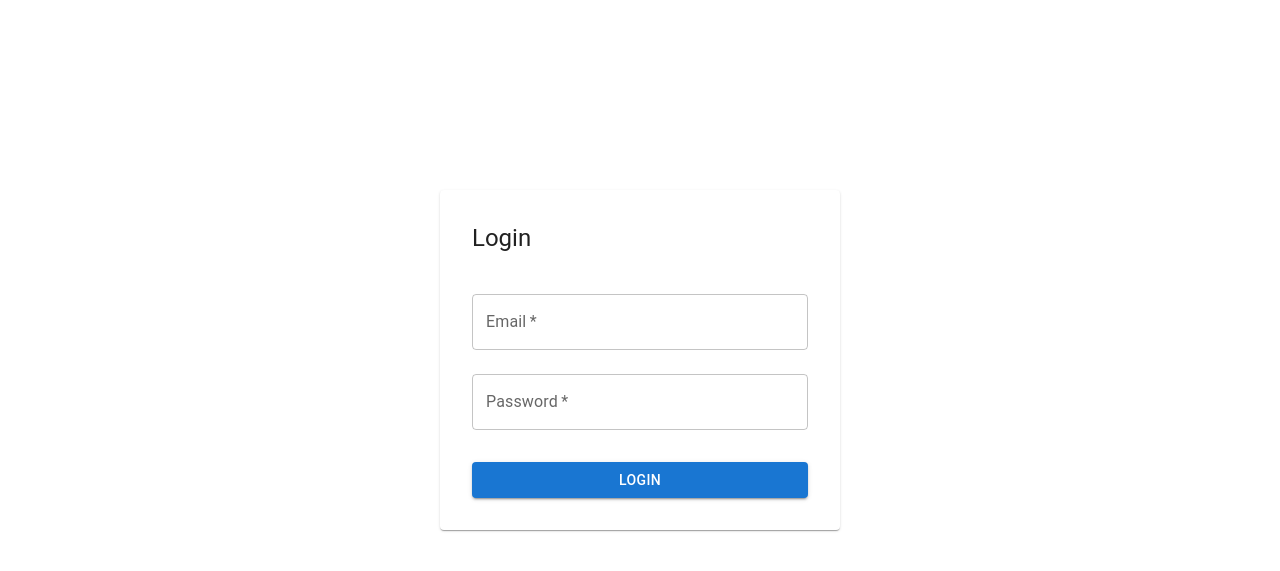
Repository: hajarsalhi/book-store
Page: /login
These files come from the project's save history. The page is drawn as it stood at one moment and after the next save; the edit follows.
The browser window is 1280 px wide. The pictures show the whole page.
The project was rebuilt for these pictures with package versions that can differ from the ones it lists, and the page was loaded fresh each time. Also part of the build but not shown: src/components/Layout/Navbar.js, src/components/Layout/Layout.js, src/components/Store/StorePage.js, src/components/Store/StockManagement.js.

Above is the page before, as saved 2024-12-13 11:52:59.

After the next save:
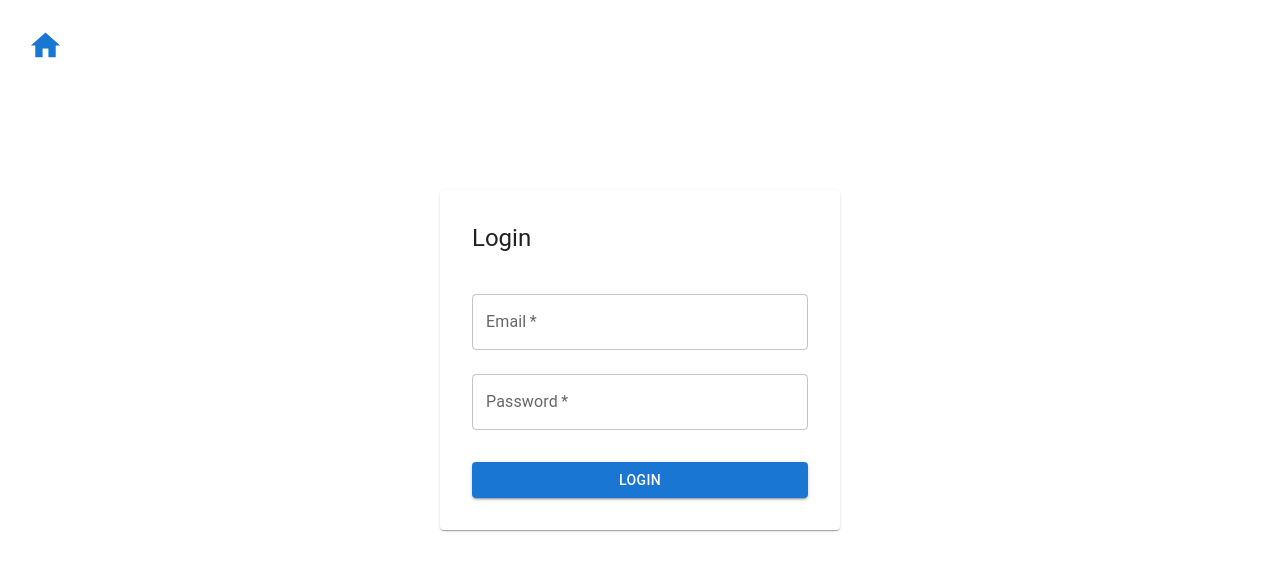
Saved 4 min 3 s later.
--- a/src/components/Auth/Login.js
+++ b/src/components/Auth/Login.js
@@ -1,5 +1,6 @@
-import { Box, Paper, TextField, Button, Typography } from '@mui/material';
+import { Box, Paper, TextField, Button, Typography, IconButton } from '@mui/material';
 import { useNavigate } from 'react-router-dom';
+import HomeIcon from '@mui/icons-material/Home';
 
 function Login() {
   const navigate = useNavigate();
@@ -16,9 +17,23 @@ function Login() {
         height: '100vh',
         display: 'flex',
         alignItems: 'center',
-        justifyContent: 'center'
+        justifyContent: 'center',
+        position: 'relative'
       }}
     >
+      {/* Home Icon Button */}
+      <IconButton
+        onClick={() => navigate('/')}
+        sx={{
+          position: 'absolute',
+          top: 20,
+          left: 20,
+          color: 'primary.main'
+        }}
+      >
+        <HomeIcon fontSize="large" />
+      </IconButton>
+
       <Paper sx={{ p: 4, maxWidth: 400, width: '100%' }}>
         <Typography variant="h5" sx={{ mb: 3 }}>Login</Typography>
         <form onSubmit={handleSubmit}>
